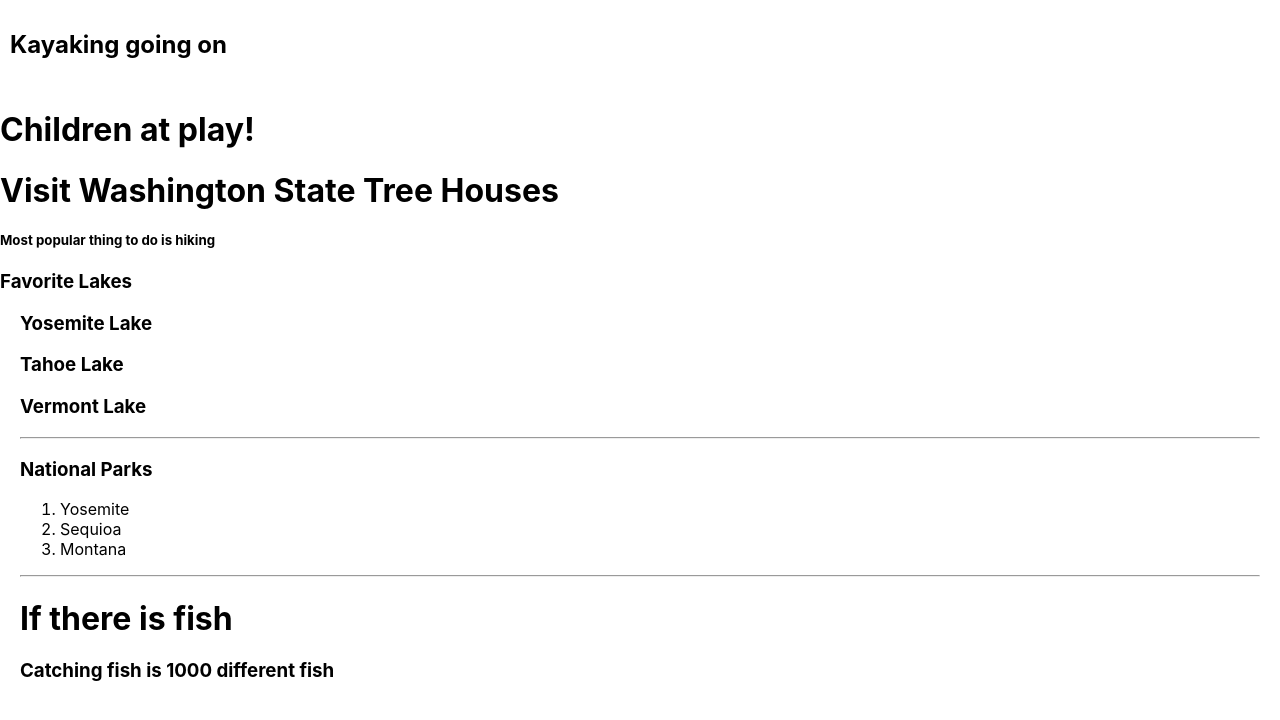
Repository: CaptainStorm21/intro-react-hooks
Page: /
The author's editor kept a copy of each file at every save. The page is drawn from the files as they stood at one save, then again after a run of saves.
The browser window is 1280 px wide. The pictures show the whole page.
The project was rebuilt for these pictures with package versions that can differ from the ones it lists, and the page was loaded fresh each time. Also part of the build but not shown: src/App.css.

Above is the page before, as saved 2020-05-27 00:09:50.

After the next 3 saves:
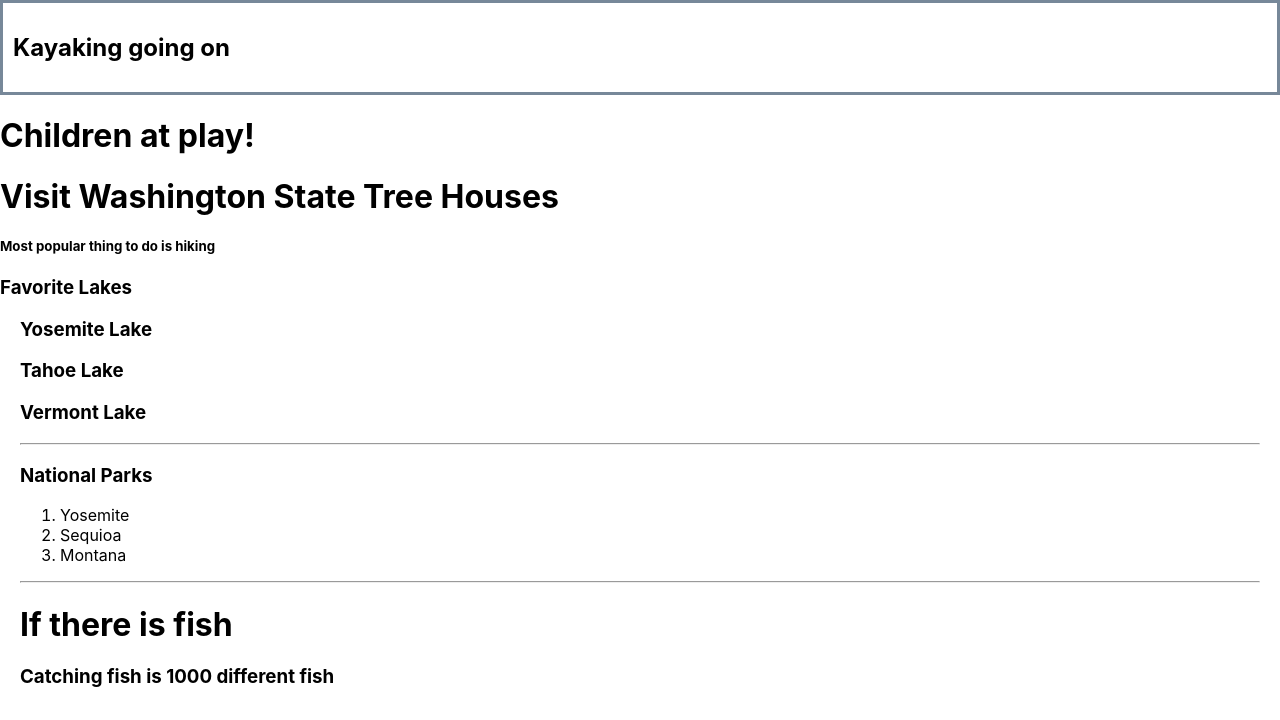
The 3 saves are shown as one change because they came seconds apart.
The last was saved 11 s later.
--- a/src/index.css
+++ b/src/index.css
@@ -19,5 +19,5 @@ code {
 
 .div-style{
   padding: 10px;
-  border: 10px
+  border: 3px solid lightslategray
 }
